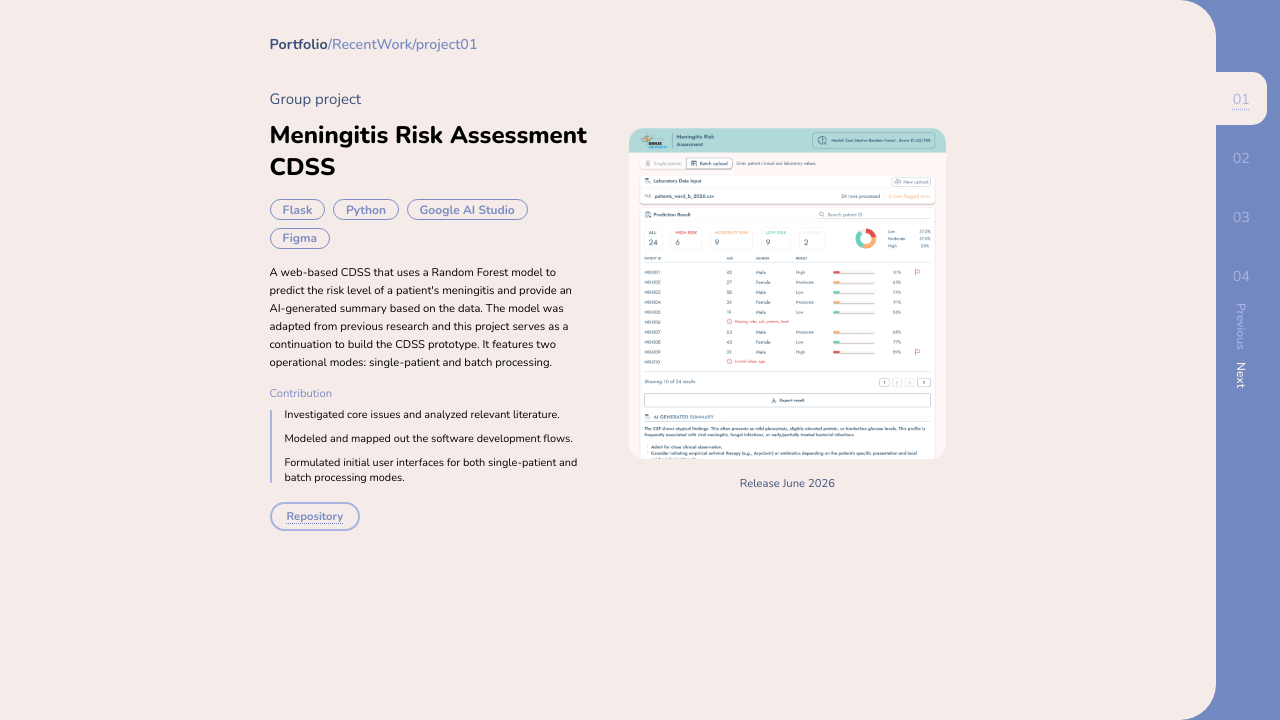
Repository: L-vy/L-vy
Page: /recentworks/project01
The author's editor kept a copy of each file at every save. The page is drawn from the files as they stood at one save, then again after the next save.
The browser window is 1280 px wide. The pictures show the whole page.
Some web fonts or font styles are not loaded; a fallback is used. The project was rebuilt for these pictures with package versions that can differ from the ones it lists, and the page was loaded fresh each time. Also part of the build but not shown: vite.config.ts, src/components/Icon.tsx, src/data/site.ts, src/components/useGoTo.ts, src/components/Navbar.tsx, src/components/Hero.tsx, src/components/Reveal.tsx, src/components/Skills.tsx and 9 more.

Above is the page before, as saved 2026-10-07 20:41:17.

### index.html
<!doctype html>
<html lang="en">
  <head>
    <meta charset="UTF-8" />
    <meta name="viewport" content="width=device-width, initial-scale=1.0" />
    <meta name="description" content="Portfolio of Latasha Ivy Khoe, Computer Science student specializing in Cloud Technology, UI/UX design and full-stack development." />
    <meta name="theme-color" content="#7288c1" />
    <link rel="icon" href="/images/ivy-logo.svg" />
    <link rel="preconnect" href="https://fonts.googleapis.com" />
    <link rel="preconnect" href="https://fonts.gstatic.com" crossorigin />
    <link href="https://fonts.googleapis.com/css2?family=Nunito:ital,wght@0,400;0,600;0,700;0,800;1,400&family=Playwrite+US+Modern:wght@100..400&display=swap" rel="stylesheet" />
    <title>Latasha Ivy Khoe | Portfolio</title>
  </head>
  <body>
    <div id="root"></div>
    <script type="module" src="/src/main.tsx"></script>
  </body>
</html>

### src/main.tsx
import { StrictMode } from 'react'
import { createRoot } from 'react-dom/client'
import App from './App'
import './styles.css'
createRoot(document.getElementById('root')!).render(<StrictMode><App /></StrictMode>)

### src/App.tsx
import { BrowserRouter, Route, Routes } from 'react-router-dom'
import Home from './pages/Home'
import ProjectDetails from './pages/ProjectDetails'
import CursorCircle from './components/CursorCircle'
export default function App() {
  return (
    <BrowserRouter>
      <CursorCircle />
      <Routes>
        <Route path="/" element={<Home />} />
        <Route path="/recentworks/:id" element={<ProjectDetails />} />
        <Route path="*" element={<Home />} />
      </Routes>
    </BrowserRouter>
  )
}

### src/styles.css
/* Sizes are authored at design scale (16px = 1rem) and rendered at 75% via html{font-size:75%}. */
:root{--blue:#7288c1;--cream:#f5ecea;--ink:#3b5078;--peri:#7a8cc2;--light:#a9b5e0;--bar:#9fadd1;--pill:#d3d6e6;--panel:#d1d4e3;--ph:#d9d9d9;--txt:#000;--gut:max(3.5rem,calc((100% - 68.75rem)/2 + 3.5rem));color-scheme:light}
html{font-size:75%}
*{box-sizing:border-box}
body{margin:0;background:var(--cream);color:var(--txt);font-family:'Nunito',system-ui,sans-serif;line-height:1.4}
h1,h2,h3,p,ul{margin:0}
ul{padding:0;list-style:none}
a{color:inherit}
button{font-family:inherit;cursor:pointer}
img{max-width:100%}
:focus-visible{outline:3px solid var(--ink);outline-offset:3px}
.fx{font-family:'Playwrite US Modern','Nunito',cursive;font-weight:400}
.nav{position:relative;height:4.5rem;background:var(--blue)}
.nav::after{content:'';position:absolute;left:0;right:0;top:100%;height:2.875rem;background:var(--blue)}
.nav-tabs{max-width:68.75rem;margin:0 auto;height:100%;display:flex;align-items:flex-end;padding-left:28%}
.nav-tab{width:8.25rem;height:4rem;border:0;background:none;color:#e9ecf7;display:grid;place-items:center;padding:0;transition:opacity .25s}
.nav-tab:hover{opacity:.8}
.nav-tab.active{background:var(--cream);border-radius:1.5rem 1.5rem 0 0;color:var(--light);opacity:1}
.nav-tab img{height:2.125rem}
.page{position:relative;z-index:1;background:var(--cream);border-radius:2.875rem 2.875rem 0 0;padding:0 var(--gut)}
.section{padding-top:5.625rem}
.hero{position:relative;padding-top:2.875rem}
.hero-top{display:flex;justify-content:space-between;align-items:center}
.path{font-size:1.1875rem;font-weight:600;color:var(--peri)}
.path b{color:var(--ink);font-weight:700}
.crumb{background:none;border:0;padding:0;font:inherit;color:inherit}
.contact-link{background:none;border:0;font-size:1.1875rem;font-weight:700;color:var(--ink)}
.hero-grid{display:grid;grid-template-columns:16.875rem 1fr;gap:3.125rem;align-items:center;margin-top:3.25rem}
.hero-photo{width:100%;aspect-ratio:1;object-fit:cover;background:var(--ph);border-radius:2.5rem;transition:transform .3s}
.hero-photo:hover{transform:rotate(-1.2deg) scale(1.015)}
.hello{height:3.375rem;width:auto;display:block}
h1{margin-top:0.25rem;font:400 2.5rem/1.35 'Playwrite US Modern','Nunito',cursive}
.lead{max-width:30rem;font-size:1.0625rem;line-height:1.6;margin-top:0.875rem}
.lead.sm{font-size:0.9375rem;max-width:none;margin-top:1.25rem}
.actions{display:flex;align-items:center;gap:2.25rem;margin-top:1.625rem;flex-wrap:wrap}
.btn{display:inline-flex;align-items:center;gap:0.5rem;background:var(--ink);color:#fff;border:0;border-radius:62.4375rem;padding:0.75rem 1.375rem;font-size:1.0625rem;font-weight:700;transition:transform .25s}
.btn:hover{transform:translateY(-2px)}
.btn.blue{background:var(--blue);font-size:1.1875rem;padding:0.875rem 1.75rem}
.link-dotted{text-decoration:underline dotted;text-underline-offset:0.25rem;font-weight:700}
.link-dotted.grey{color:#777;font-size:1.0625rem}
.butterfly{display:block;margin:4rem auto 0;width:6rem}
.intro{max-width:47.5rem;margin:4.375rem auto 0;text-align:center}
.intro-text{font-size:1rem;line-height:1.7}
.pills{display:flex;flex-wrap:wrap;gap:0.625rem;justify-content:center;margin-top:1.375rem}
.pills.left{justify-content:flex-start}
.pill{border-radius:24rem;padding:0.1rem 1rem;font-weight:700;font-size:0.9375rem;background:var(--pill);color:var(--peri)}
.pill.solid-outline{background:none;border:1.5px solid var(--peri);font-size:1rem}
.reveal{opacity:0;transform:translateY(0.875rem);transition:opacity .6s,transform .6s}
.reveal.in{opacity:1;transform:none}
.fill{height:100%}
.cards{display:grid;grid-template-columns:repeat(4,1fr);gap:1.625rem;margin-top:2.125rem}
.card{display:flex;flex-direction:column;min-width:0}
.card-img{display:block;aspect-ratio:400/420;border-radius:2.25rem;overflow:hidden;background:var(--ph);transition:transform .3s}
.card-img img{width:100%;height:100%;object-fit:cover;display:block}
.card:hover .card-img{transform:rotate(-1.2deg) scale(1.015)}
.card-title{display:flex;justify-content:space-between;align-items:flex-start;gap:0.5rem;margin-top:1rem;color:var(--ink)}
.card-title .icon{flex:none}
.clamp{font-size:1.125rem;font-weight:800;line-height:1.3;color:var(--txt);display:-webkit-box;-webkit-line-clamp:2;-webkit-box-orient:vertical;overflow:hidden}
.card-sum{font-size:0.875rem;line-height:1.5;margin-top:0.375rem}
.card-links{margin-top:0.625rem}
.card-links .link-dotted{color:var(--peri);font-size:0.875rem}
.tabbar{position:relative;background:var(--bar);border-radius:62.4375rem;padding:0.375rem 0.5rem;display:flex;justify-content:center;gap:0.75rem;margin-top:2.125rem;box-shadow:0 0.5rem 0.875rem -0.375rem rgba(60,70,110,.35)}
.tabwrap{position:relative;width:min(9.375rem,22%)}
.tab{width:100%;border:0;border-radius:62.4375rem;padding:0.5rem 0;font-size:1rem;font-weight:700;background:var(--pill);color:#8f9dcf;transition:background .25s,color .25s}
.tab.on{background:#fff;color:var(--ink)}
.pointer{position:absolute;left:50%;bottom:-1.25rem;margin-left:-0.5625rem;border:0.5625rem solid transparent;border-top:0;border-bottom:0.8125rem solid var(--ink)}
.panel{margin-top:2.75rem;background:var(--panel);border-radius:1.375rem;height:30.625rem;box-shadow:0 0.375rem 1rem -0.5rem rgba(60,70,110,.3);transition:background .3s,box-shadow .3s}
.panel.bound{background:transparent;box-shadow:none}
.banner{height:100%;display:flex;flex-direction:column;gap:2.125rem;padding:1.875rem 2.125rem 2.5rem}
.banner-img{flex:1;min-height:0;width:100%;object-fit:cover;background:var(--ph);border-radius:2.25rem;transition:transform .3s}
.banner:hover .banner-img{transform:rotate(-1.2deg) scale(1.015)}
.tx{padding-left:0.4375rem}
.tx h2{font-size:1.625rem;line-height:1.4}
.tx h3{margin-top:2px;font-size:1.1875rem;font-weight:700}
.tx p{margin-top:0.375rem;font-style:italic;font-size:0.9375rem}
.folders{height:100%;display:grid;grid-template-columns:1fr 1fr;gap:1.5rem;padding:1.75rem 2rem}
.folder{--rim:#3b5078;--body:#f3f3f9;background:var(--rim);border-radius:1.875rem;padding:1.5px;display:flex;flex-direction:column;overflow:hidden}
.media{height:11.875rem;margin-bottom:-2.5rem;flex:none;position:relative;overflow:hidden;border-radius:1.78125rem 1.78125rem 0 0;background:var(--ph)}
.media>*{display:block;width:100%;height:100%;object-fit:cover;background:var(--ph);transform:scale(1.06);transition:transform .3s}
.folder:hover .media>*{transform:rotate(-1.2deg) scale(1.1)}
.rest{flex:1;position:relative;z-index:1;background:var(--body);border-radius:0 1.78125rem 1.78125rem 1.78125rem;padding:0 1.375rem 1.125rem;display:flex;flex-direction:column}
.rest .tab{position:absolute;left:0;top:-2.25rem;width:80%;height:2.3125rem;padding:0;border-radius:1.25rem 1.25rem 0 0;background:var(--body)}
.rest .tab::after{content:'';position:absolute;right:-1.25rem;bottom:0;width:1.25rem;height:1.25rem;background:radial-gradient(circle at 100% 0,transparent 1.21875rem,var(--body) 1.25rem)}
.head{position:relative;margin-top:-1.375rem}
.head::before{content:'';float:right;width:24%;height:1rem}
.head b{display:-webkit-box;-webkit-line-clamp:3;-webkit-box-orient:vertical;overflow:hidden;font-size:1.0625rem;font-weight:800;line-height:1.25}
.head span{display:block;font-size:0.9375rem;color:#6f748f;margin-top:2px}
.folder p{margin-top:0.75rem;font-size:0.84375rem;font-style:italic;line-height:1.5;display:-webkit-box;-webkit-line-clamp:4;-webkit-box-orient:vertical;overflow:hidden}
.foot{margin-top:auto;padding-top:0.625rem;display:flex;justify-content:space-between;align-items:center;min-height:2.75rem}
.foot strong{font-size:1.5625rem;line-height:1.3}
.go{display:grid;place-items:center;width:2.5rem;height:2.5rem;border-radius:50%;background:var(--ink);color:#fff;transition:transform .25s}
.go:hover{transform:translate(2px,-2px)}
.exp{position:relative;height:100%}
.plate{position:absolute;left:0;top:0;bottom:0;width:8.125rem;background:#c9cde0;border-radius:1.625rem 0 0 1.625rem;box-shadow:0 0.625rem 1.125rem -0.625rem rgba(60,70,110,.4)}
.rail{position:absolute;left:0;top:4.4375rem;width:3.75rem;height:0;z-index:2}
.rail button{position:absolute;left:0.8125rem;top:calc(var(--i)*4.5rem);width:2.9375rem;height:5.25rem;z-index:calc(var(--i) + 1);border:0;background:var(--c);color:#fff;border-radius:1.125rem 0 0 1.125rem;display:grid;place-items:center;padding:0;transition:left .25s,width .25s}
.rail button:hover,.rail button[aria-selected=true]{left:0.4375rem;width:3.3125rem}
.rail button[aria-selected=true]{z-index:10}
.fcard{--acc:#9fadd1;position:absolute;left:3.75rem;right:0;top:0;bottom:0;background:var(--cream);border:2.5px solid var(--acc);border-radius:1.625rem;box-shadow:0 0.625rem 1.25rem -0.625rem rgba(60,70,110,.4);padding:1.375rem 1.75rem 1.375rem 1.875rem;overflow:hidden;transition:border-color .35s}
.pg{position:relative;height:100%;display:grid;grid-template-columns:1fr 1fr;grid-template-rows:auto 1fr;column-gap:3.5rem;animation:in .4s ease both}
@keyframes in{from{opacity:0;transform:translateY(0.5rem)}to{opacity:1;transform:none}}
.lab{grid-column:1/-1;font-size:0.8125rem}
.col{display:flex;flex-direction:column;min-width:0}
.col.end{align-self:end;padding-bottom:0.625rem}
.t{font-size:1.6875rem;font-weight:800;color:var(--ttl);line-height:1.2;margin-top:1.75rem}
.col.end .t{margin-top:0}
.sub{font-size:1.25rem;color:var(--ttl);margin-top:0.375rem}
.d{font-size:0.875rem;line-height:1.55;margin-top:1rem;font-style:italic}
.h{font-size:0.8125rem;margin:1.375rem 0 0.375rem}
.col ul{padding-left:1.25rem;font-size:0.84375rem;line-height:1.55;list-style:disc}
.stack,.zig{position:relative;margin-top:auto}
.stack{height:8rem}
.zig{margin-top:0.875rem}
.sp{position:absolute;display:block;width:62%;height:7.375rem;object-fit:cover;background:var(--ph);border:1px solid var(--txt);border-radius:1.625rem;transform:rotate(var(--r));transition:transform .3s}
.sp:hover{z-index:9;transform:rotate(calc(var(--r)*-1)) translateY(-0.3125rem) scale(1.03)}
.stack .sp:nth-child(1){--r:-2deg;left:0;top:0.375rem}
.stack .sp:nth-child(2){--r:1.5deg;left:20%;top:0.75rem}
.stack .sp:nth-child(3){--r:-1deg;left:38%;top:0}
.zig .sp{width:70%;height:7.5625rem}
.zig .sp:nth-child(1){--r:1deg;left:0;top:0}
.zig .sp:nth-child(2){--r:-1deg;left:44%;top:7rem}
.zig .sp:nth-child(3){--r:1deg;left:-1%;top:14.125rem}
.p1{left:47%;top:0.5rem;width:29%;height:8.4375rem;--r:1deg}
.p2{left:66%;top:4.875rem;width:27%;height:auto;aspect-ratio:210/297;--r:-1deg}
.contact{text-align:center;padding:5.75rem 0 6.25rem}
.contact h2{font-size:2.25rem;font-weight:400}
.contact b{font-weight:800}
.contact .btn{margin-top:1.375rem}
.footer{background:var(--blue);color:#eef0fa;padding:3.25rem var(--gut) 2.5rem;display:flex;justify-content:space-between;align-items:flex-end;gap:1.875rem;flex-wrap:wrap;min-height:14.375rem}
.footer ul{display:flex;gap:2.75rem;align-self:flex-start}
.ci{display:block;color:#dfe4f6;transition:transform .25s}
.ci:hover,.ci.pulse{transform:translateY(-0.25rem) scale(1.12)}
.footer-by{text-align:right;line-height:2;font-size:1rem}
/* .detail{border-radius:0 0 2.875rem 2.875rem;padding-top:2.875rem;padding-bottom:4.375rem} */
.detail{flex:1;min-width:0;min-height:100vh;border-radius:0 3rem 3rem 0;padding-top:2.875rem;padding-bottom:4.375rem}
.detail-grid{display:grid;grid-template-columns:1fr 1fr;gap:3.5rem;align-items:center;margin-top:2.875rem}
.detail-title{margin:0;font:800 2rem/1.3 'Nunito',sans-serif}
.detail .pills{margin-top:1.375rem}
/* ---------- Project detail: left sidebar ---------- */
.detail-shell{display:flex;min-height:100vh;background:var(--blue)}
.side{position:sticky;top:0;align-self:flex-start;flex:none;width:5.375rem;height:100vh;display:flex;flex-direction:column;padding:6rem 0 9.875rem}

/* step indicators 01–04 */
.steps{align-self:flex-start;display:grid;gap:0.5rem}
.step{display:grid;place-items:center;width:4.3125rem;height:4.4375rem;border-radius:0 1.25rem 1.25rem 0;background:transparent;color:var(--light);font-size:1.2rem;text-decoration:none;transition:opacity .25s}
.step:not(.on):hover{opacity:.8}
.step.on{background:var(--cream);color:var(--light);text-decoration:underline dotted;text-underline-offset:0.375rem}   /* RULE 2 */

/* vertical Previous / Next */
.side-nav{margin-bottom:auto;align-self:flex-start;width:4.3125rem;display:flex;flex-direction:column;align-items:center;gap:1rem}
.side-btn{writing-mode:vertical-rl;transform:rotate(0deg);color:var(--cream);font-size:1rem;font-weight:600;line-height:1;text-decoration:none;transition:opacity .2s}   /* white by default */
a.side-btn:hover{opacity:.8}
.side-btn.edge{color:var(--light)}   /* RULE 3 */
.meta{margin-bottom:0.875rem;font-size:1.25rem;font-weight:400;color:var(--ink)}
.contrib{margin:1.125rem 0 0.5rem;font:400 0.9375rem 'Playwrite US Modern','Nunito',cursive;color:var(--peri)}
.contrib-list {position: relative;padding-left: 1.25rem;display: grid;gap: 0.75rem;font-size: 0.90625rem;}
.contrib-list::before {content: '';position: absolute;left: 0;top: 0.25rem;bottom: 0.25rem;width: 2px;background-color:var(--light);border-radius: 9999px;}
/* .contrib-list{border-left:3px solid var(--light);border-top-left-radius: 4px;border-bottom-left-radius: 4px;padding-left:0.875rem;display:grid;gap:0.75rem;font-size:0.90625rem} */
/* .contrib-list li{display:flex;gap:0.875rem;align-items:center}
.contrib-list li::before{content:'';width:0.75rem;height:0.75rem;flex:none;border-radius:50%;border:3px solid var(--peri)} */
.detail-links{display:flex;gap:0.75rem;flex-wrap:wrap;margin-top:1.375rem}
/* .detail-links .pill{background:none;border:2px solid var(--light);color:var(--peri);padding:0.375rem 1.25rem;font:400 0.875rem 'Playwrite US Modern','Nunito',cursive;text-decoration:underline dotted;text-underline-offset:0.25rem} */
.detail-links .pill{background:none;border:2px solid var(--light);color:var(--peri);padding:0.375rem 1.25rem;font-family:inherit;font-size:0.9375rem;font-weight:700;text-decoration:underline dotted;text-underline-offset:0.25rem}
.proto{margin:0}
/* .proto img{display:block;width:100%;aspect-ratio:1/1.08;object-fit:cover;background:var(--ph);border:3px solid var(--ink);border-radius:3rem;transition:transform .3s} */
.proto img {  border: 0;  outline: 0;  border-radius: 15px;}
.proto img:hover{transform:rotate(1.2deg) scale(1.015)}
.proto figcaption{text-align:center;font-weight:500;font-size:0.9375rem;color:var(--ink);margin-top:1rem}
/* .pager{background:var(--blue);margin-top:-2.875rem;padding:5.5rem var(--gut) 1.5rem;display:flex;justify-content:center;gap:3.5rem} */
/* .pager-btn{margin-top:-3rem;height:3.25rem;display:grid;place-items:center;color:#fff;font-weight:700;font-size:1.125rem;text-decoration:none;transition:opacity .2s} */
/* .pager-btn.prev{background:var(--cream);color:var(--ink);padding:0 2.125rem;border-radius:0 0 1.5rem 1.5rem}
.pager-btn.off{opacity:.5}
.pager-btn.prev.off{opacity:1;color:var(--light)} */
/* .pager-btn.hang{background:var(--cream);color:var(--ink);padding:0 2.125rem;border-radius:0 0 1.5rem 1.5rem} */
/* .pager-btn.off{opacity:.5} */
/* .pager-btn.hang.off{opacity:1;color:var(--light)} */
.cursor-circle{position:fixed;left:0;top:0;width:4rem;height:4rem;border-radius:50%;background:rgba(114,136,193,.28);pointer-events:none;z-index:50;transform:translate(-6.25rem,-6.25rem) scale(0);transition:transform .18s}
@media (max-width:960px)
{.cards{grid-template-columns:1fr 1fr}.nav-tabs{padding-left:4%}.nav-tab{width:6rem}}
@media (max-width:760px)
{.page{border-radius:1.875rem 1.875rem 0 0;padding:0 1.25rem}.hero-grid,.detail-grid{grid-template-columns:1fr;gap:1.75rem}.hero-photo{max-width:16.25rem}h1{font-size:1.875rem}.detail-title{font-size:1.5625rem}.cards{grid-template-columns:1fr}.tab{font-size:0.75rem}.tabbar{gap:0.375rem}.pointer{display:none}.panel{height:auto}.banner{padding:1.125rem;gap:1.5rem}.banner-img{flex:none;height:11.875rem}.folders{grid-template-columns:1fr;padding:1.125rem}.folder{min-height:23.75rem}.contact h2{font-size:1.6875rem}.footer ul{gap:1.375rem}.footer-by{text-align:left}.plate{display:none}.fcard{position:static;padding:1.25rem 1.125rem;border-radius:1.375rem}.exp{height:auto}.rail{position:static;height:auto;display:flex;gap:0.375rem;padding-left:0.625rem}.rail button,.rail button:hover,.rail button[aria-selected=true]{position:static;width:3.5rem;height:2.875rem;border-radius:0.875rem 0.875rem 0 0}.pg{display:flex;flex-direction:column;gap:0.875rem;height:auto}.col.end{padding:0}.stack,.zig{height:auto;display:grid;gap:0.625rem;margin-top:0.625rem}.pg .sp{position:static;width:100%;height:6.875rem}.pg .p2{height:auto;width:58%;align-self:center}
.detail-shell{flex-direction:column;min-height:0}
.side{position:static;width:auto;height:auto;flex-direction:row;justify-content:space-between;align-items:flex-start;padding:0 1.25rem 1rem}
.steps{display:flex;gap:0.5rem;align-self:flex-start}
.step{width:3rem;height:3rem;font-size:1.25rem;border-radius:0 0 1rem 1rem}
.side-nav{width:auto;flex-direction:row;align-self:center;gap:1.25rem}
.side-btn{writing-mode:horizontal-tb;transform:none;font-size:1rem}
.detail{border-radius:0 0 1.875rem 1.875rem;min-height:0}}

@media (prefers-reduced-motion:reduce){*{transition:none!important;animation:none!important}}

### src/components/CursorCircle.tsx
import { useEffect, useRef } from 'react'
// Soft circle that follows the pointer and expands over buttons/links. Hidden on touch devices.
export default function CursorCircle() {
  const ref = useRef<HTMLDivElement>(null)
  useEffect(() => {
    if (!window.matchMedia('(hover: hover) and (pointer: fine)').matches) return
    const el = ref.current!
    const move = (e: MouseEvent) => {
      const over = (e.target as Element | null)?.closest('a,button,[data-cursor]')
      el.style.transform = `translate(${e.clientX}px,${e.clientY}px) translate(-50%,-50%) scale(${over ? 1 : 0})`
    }
    const leave = () => { el.style.transform = 'translate(-100px,-100px) scale(0)' }
    window.addEventListener('mousemove', move); document.addEventListener('mouseleave', leave)
    return () => { window.removeEventListener('mousemove', move); document.removeEventListener('mouseleave', leave) }
  }, [])
  return <div ref={ref} className="cursor-circle" aria-hidden="true" />
}

### src/components/ProjectSidebar.tsx
import { Link } from 'react-router-dom'
import { projects } from '../data/projects'

const pad = (n: number) => String(n + 1).padStart(2, '0')

export default function ProjectSidebar({ index }: { index: number }) {
  const prev = projects[index - 1], next = projects[index + 1]
  return (
    <aside className="side">
      <nav className="steps" aria-label="Projects">
        {projects.map((q, n) => (
          <Link
            key={q.id}
            to={`/recentworks/${q.id}`}
            // RULE 2: 'on' = cream tab
            className={`step fx${n === index ? ' on' : ''}`}
            aria-label={`Project ${n + 1}: ${q.title}`}
            aria-current={n === index ? 'page' : undefined}
          >{pad(n)}</Link>
        ))}
      </nav>
      <nav className="side-nav" aria-label="Previous and next project">
        {/* RULE 3: no prev → first page → 'edge' (light blue) */}
        {prev
          ? <Link className="side-btn" to={`/recentworks/${prev.id}`}>Previous</Link>
          : <span className="side-btn edge" aria-disabled="true">Previous</span>}
        {/* RULE 3: no next → last page → 'edge' (light blue) */}
        {next
          ? <Link className="side-btn" to={`/recentworks/${next.id}`}>Next</Link>
          : <span className="side-btn edge" aria-disabled="true">Next</span>}
      </nav>
    </aside>
  )
}

Loaded but not shown: src/data/projects.ts (42 lines, source omitted); src/pages/ProjectDetails.tsx (76 lines, source omitted)

After the next save:
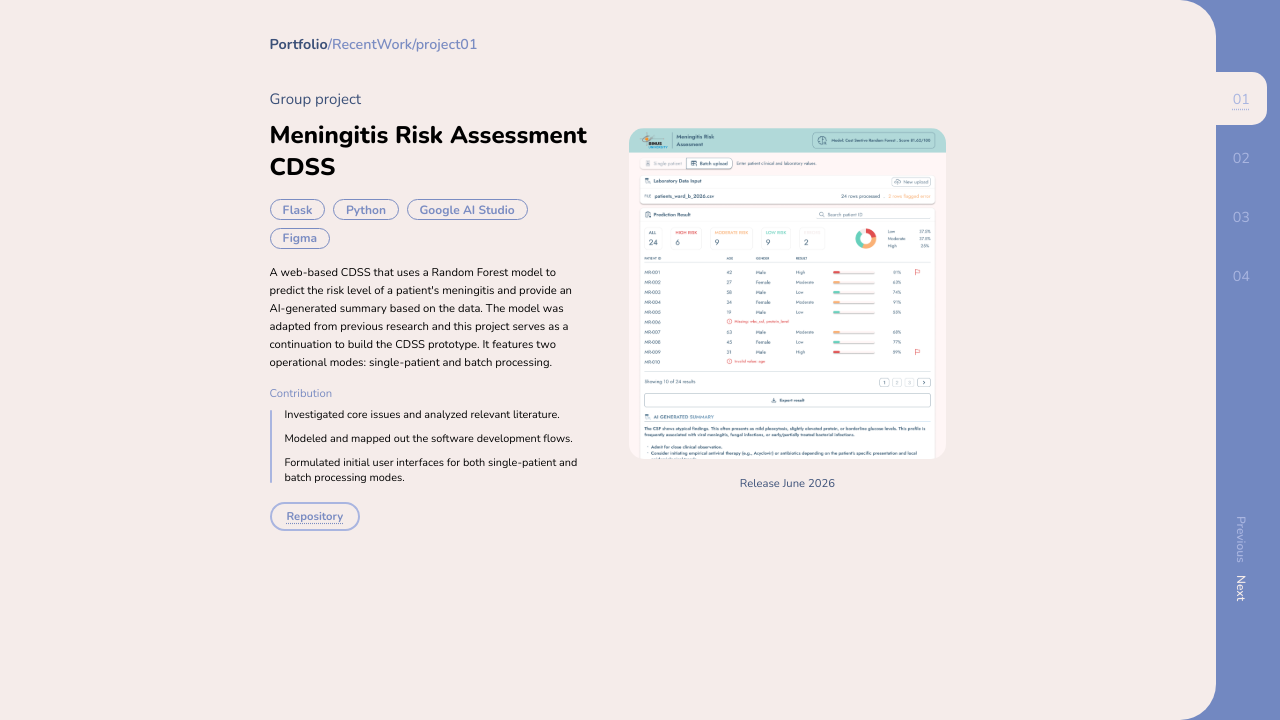
Saved 19 s later.
--- a/src/styles.css
+++ b/src/styles.css
@@ -147,7 +147,7 @@ h1{margin-top:0.25rem;font:400 2.5rem/1.35 'Playwrite US Modern','Nunito',cursiv
 .step.on{background:var(--cream);color:var(--light);text-decoration:underline dotted;text-underline-offset:0.375rem}   /* RULE 2 */
 
 /* vertical Previous / Next */
-.side-nav{margin-bottom:auto;align-self:flex-start;width:4.3125rem;display:flex;flex-direction:column;align-items:center;gap:1rem}
+.side-nav{margin-top:auto;align-self:flex-start;width:4.3125rem;display:flex;flex-direction:column;align-items:center;gap:1rem}
 .side-btn{writing-mode:vertical-rl;transform:rotate(0deg);color:var(--cream);font-size:1rem;font-weight:600;line-height:1;text-decoration:none;transition:opacity .2s}   /* white by default */
 a.side-btn:hover{opacity:.8}
 .side-btn.edge{color:var(--light)}   /* RULE 3 */
